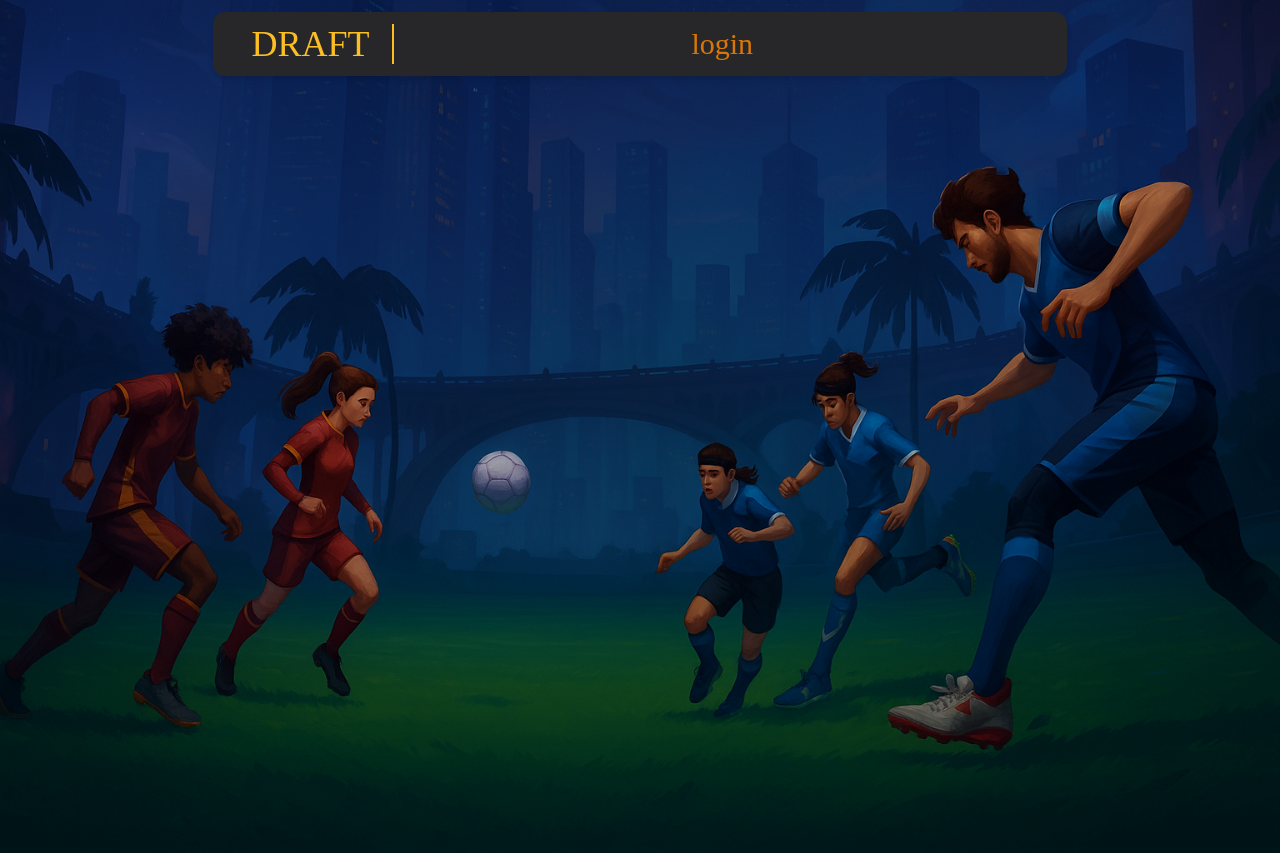
Repository: MehediMim/LeagueCrafter--Online-Auction-Platform-Project
Page: / (app in my-app/)
These files come from the project's save history. The page is drawn as it stood at one moment and after the next save; the edit follows.
The browser window is 1280 px wide. The pictures show the whole page.
Some web fonts or font styles are not loaded; a fallback is used. The project was rebuilt for these pictures with package versions that can differ from the ones it lists, and the page was loaded fresh each time. Also part of the build but not shown: my-app/vite.config.js, my-app/src/pages/Dashboard.jsx, my-app/src/pages/Login.jsx.

Above is the page before, as saved 2025-05-25 02:01:44.

### my-app/src/main.jsx
import { StrictMode } from 'react'
import { createRoot } from 'react-dom/client'
import React from 'react';
import ReactDOM from 'react-dom/client';
import './index.css'
import App from './App.jsx'
import { Auth0Provider } from '@auth0/auth0-react';
console.log("HELLO WORLD");
console.log('Domain:', import.meta.env.VITE_AUTH0_DOMAIN);
console.log('Client ID:', import.meta.env.VITE_AUTH0_CLIENT_ID);
console.log("HELLO WORLD");

ReactDOM.createRoot(document.getElementById('root')).render(
<React.StrictMode>
  <Auth0Provider
    domain={import.meta.env.VITE_AUTH0_DOMAIN}
    clientId={import.meta.env.VITE_AUTH0_CLIENT_ID}
    authorizationParams={{

      redirect_uri: window.location.origin,
      audience: import.meta.env.VITE_AUTH0_AUDIENCE
    }}
  >
    <App />
  </Auth0Provider>
</React.StrictMode>
);

### my-app/src/index.css
@import url('https://fonts.googleapis.com/css2?family=Bebas+Neue&display=swap');
@import url('https://fonts.googleapis.com/css2?family=Raleway:wght@400;700&display=swap');
@import url('https://fonts.googleapis.com/css2?family=Jaro&display=swap');
@import url('https://fonts.googleapis.com/css2?family=WDXL+Lubrifont+TC&display=swap');


@tailwind base;
@tailwind components;
@tailwind utilities;



:root {
  font-family: system-ui, Avenir, Helvetica, Arial, sans-serif;
  line-height: 1.5;
  font-weight: 400;

  color-scheme: light dark;
  color: rgba(255, 255, 255, 0.87);
  background-color: #242424;

  font-synthesis: none;
  text-rendering: optimizeLegibility;
  -webkit-font-smoothing: antialiased;
  -moz-osx-font-smoothing: grayscale;
}

a {
  font-weight: 500;
  color: #646cff;
  text-decoration: inherit;
}
a:hover {
  color: #535bf2;
}

body {
  margin: 0;
  display: flex;
  place-items: center;
  min-width: 320px;
  min-height: 100vh;
}

h1 {
  font-size: 3.2em;
  line-height: 1.1;
}

button {
  border-radius: 8px;
  border: 1px solid transparent;
  padding: 0.6em 1.2em;
  font-size: 1em;
  font-weight: 500;
  font-family: inherit;
  background-color: #1a1a1a;
  cursor: pointer;
  transition: border-color 0.25s;
}
button:hover {
  border-color: #646cff;
}
button:focus,
button:focus-visible {
  outline: 4px auto -webkit-focus-ring-color;
}

@media (prefers-color-scheme: light) {
  :root {
    color: #213547;
    background-color: #ffffff;
  }
  a:hover {
    color: #747bff;
  }
  button {
    background-color: #f9f9f9;
  }
}

### my-app/src/App.jsx
import { BrowserRouter, Routes, Route } from "react-router-dom";
import Navbar from "./components/Navbar";
import Home from "./pages/Home";
import Dashboard from "./pages/Dashboard";
import Login from "./pages/Login";


export default function App() {
  return (
    <BrowserRouter>
      <Navbar />
      <Routes>
        <Route path="/" element={<Home />} />
        <Route path="/dashboard" element={<Dashboard />} />
        <Route path="/login" element={<Login />} />
        {/* <Route path="/auction" element={<AuctionRoom />} /> */}
        {/* <Route path="*" element={<NotFound />} /> */}
      </Routes>
    </BrowserRouter>
  );
}

### my-app/src/components/Navbar.jsx
import { Link } from "react-router-dom";
import { useAuth0 } from "@auth0/auth0-react";

export default function Navbar(params) {

  const { user, isAuthenticated, isLoading, loginWithRedirect, logout } = useAuth0();

  return (
    <div className="h-16 w-screen absolute top-3 z-50 flex justify-center">
      <div className="w-2/3 flex justify-center">
        <div className="bg-zinc-800 shadow-md p-4 rounded-xl w-full flex items-center">
          {/* <div className="w-auto h-auto rounded-xl m-4 flex p-4"> */}
          <div className="w-1/4 border-r-2 border-amber-400 flex justify-center">
            <Link to="/"><h1 className="font-jaro text-4xl text-amber-400 hover:text-white">DRAFT</h1></Link>
          </div>
          <div className="w-full flex justify-evenly   items-center">
            {/* <Link to="/" className="text-amber-600 hover:text-white"><h1 className="text-3xl font-jaro">home</h1></Link> */}
            {/* <Link className="text-amber-600 hover:text-white"><h1 className="text-3xl font-jaro">registrations</h1></Link> */}
            {!isAuthenticated && <Link to="/login" className="text-amber-600 hover:text-white"><h1 className="text-3xl  font-jaro">login</h1></Link>}
            {isAuthenticated && <Link to="/dashboard" className="text-amber-600 hover:text-white"><h1 className="text-3xl  font-jaro">dashboard</h1></Link>}

          </div>
          {/* </div> */}
        </div>
        {isAuthenticated && <div className=" h-16 w-16  ml-3 group cursor-pointer relative">


          <div className="rounded-full border-amber-600 border-4 h-16 w-16">
            <img src={user.picture} className="rounded-full"></img>
          </div>

          <div className="absolute top-10 left-36 -translate-x-1/2  bg-zinc-800 text-white rounded-xl p-4 shadow-lg hidden group-hover:block z-50">
            <p className="text-lg font-bold font-raleway text-left">{user.name}</p>
            <p className="text-lg  font-kanit text-center font-raleway">{user.email}</p>
            <button
              onClick={() => logout({ returnTo: window.location.origin })}
              className="mt-3 w-full px-4 py-2 text-smbg rounded hover:bg-white  hover:text-black transition font-kanit"
            >
              Logout
            </button>
          </div>


        </div>
        }
      </div>
    </div>
  )
};

### my-app/src/pages/Home.jsx
import bg from "../assets/bg1.png"
export default function Home(params) {
    return (
        <div>
        <div className="w-screen h-auto absolute top-0 left-0 z-0">
            <img src={bg}></img>
        </div>
        <div className="flex justify-center items-center w-screen">
            <div className="justify-start flex flex-col">
                <div>
                    <h1 className="text-xl font-raleway text-white font-bold">Your Squad, Your Strategy — Build It Live!</h1>
                </div>
                <div className="flex justify-start pt-2">
                <button className="font-jaro text-white hover:bg-white hover:text-black">Create</button>
                </div>
            </div>
        </div>
        </div>
    )
};

### my-app/tailwind.config.js
/** @type {import('tailwindcss').Config} */
export default {
  content: [
    "./index.html",
    "./src/**/*.{js,ts,jsx,tsx}",
  ],
  theme: {
    extend: {
      fontFamily: {
        bebas: ['"Bebas Neue"', 'cursive'],
        raleway: ['Raleway', 'sans-serif'],
        jaro: ['Jaro', 'cursive'],
        lubrifont: ['Lubrifont', 'sans-serif'],
      },
    },
  },
  plugins: [],
}

Loaded but not shown: my-app/index.html (common file)

After the next save:
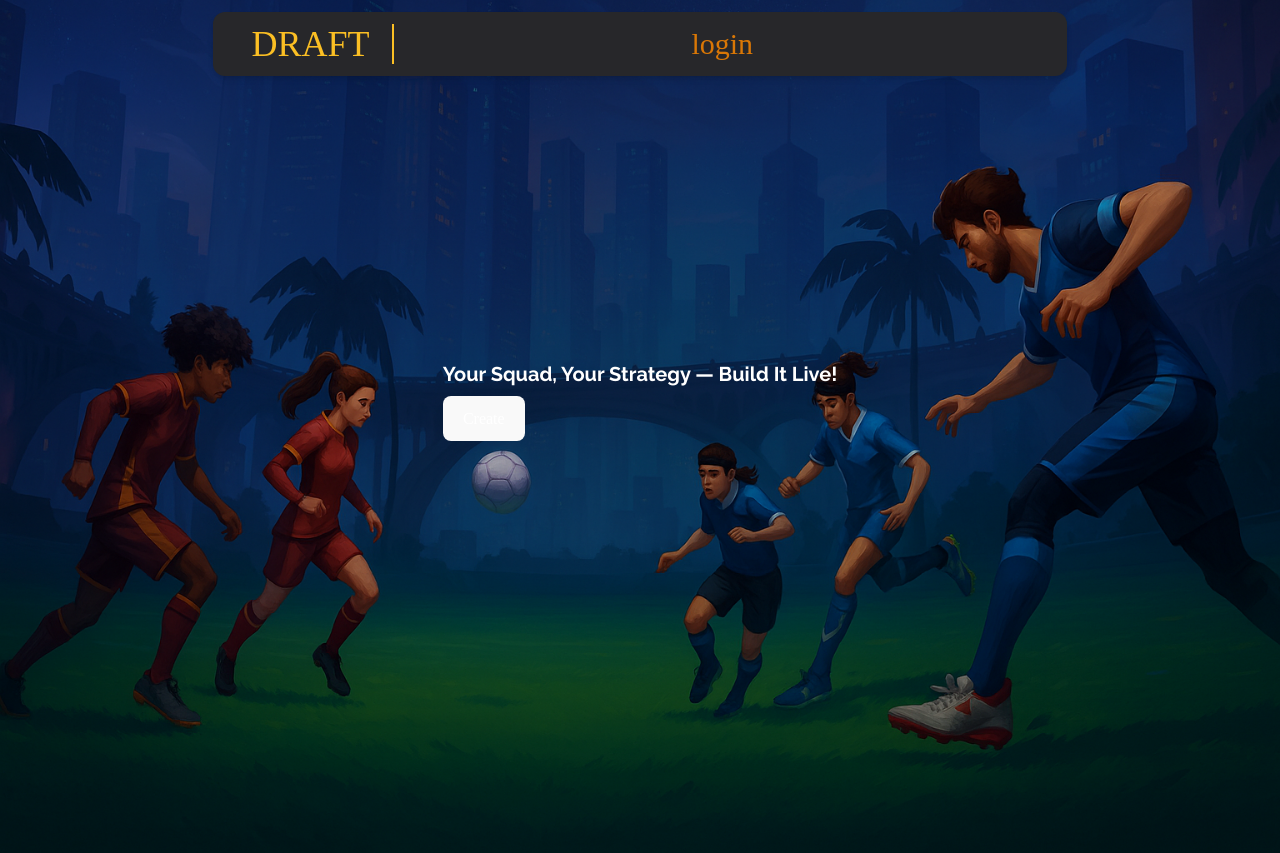
Saved 8 s later.
--- a/my-app/src/pages/Home.jsx
+++ b/my-app/src/pages/Home.jsx
@@ -5,7 +5,7 @@ export default function Home(params) {
         <div className="w-screen h-auto absolute top-0 left-0 z-0">
             <img src={bg}></img>
         </div>
-        <div className="flex justify-center items-center w-screen">
+        <div className="flex justify-center items-center w-screen absolute">
             <div className="justify-start flex flex-col">
                 <div>
                     <h1 className="text-xl font-raleway text-white font-bold">Your Squad, Your Strategy — Build It Live!</h1>
